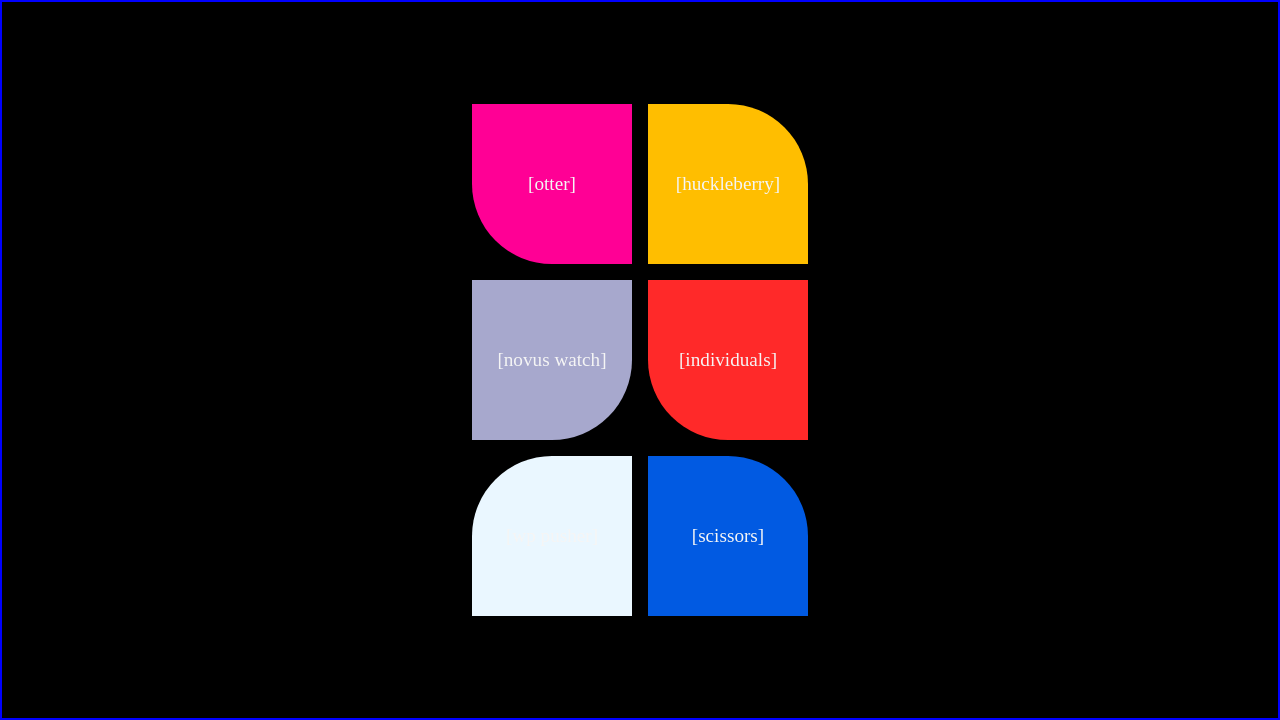
Repository: dark-txch/ass-1-6
Page: index.html
These files come from the project's save history. The page is drawn as it stood at one moment and after the next save; the edit follows.
The browser window is 1280 px wide. The pictures show the whole page.

Above is the page before, as saved 2024-11-29 15:14:29.

After the next save:
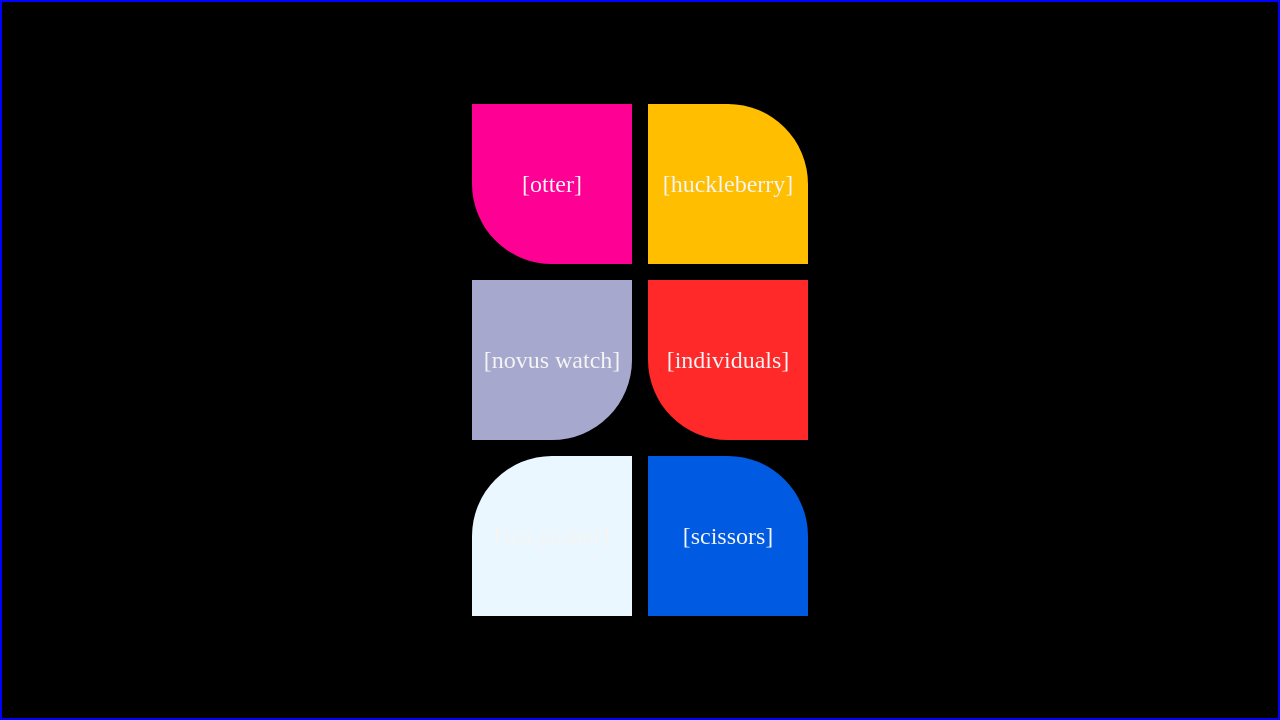
Saved 2 min 8 s later.
--- a/src/styles/index/index.css
+++ b/src/styles/index/index.css
@@ -95,6 +95,6 @@
 	min-height: 10rem;
 	min-width: 10rem;
 
-	font-size: calc(var(--font-size) * 1.2);
+	font-size: calc(var(--font-size) * 1.5);
 	text-align: center;
 }
